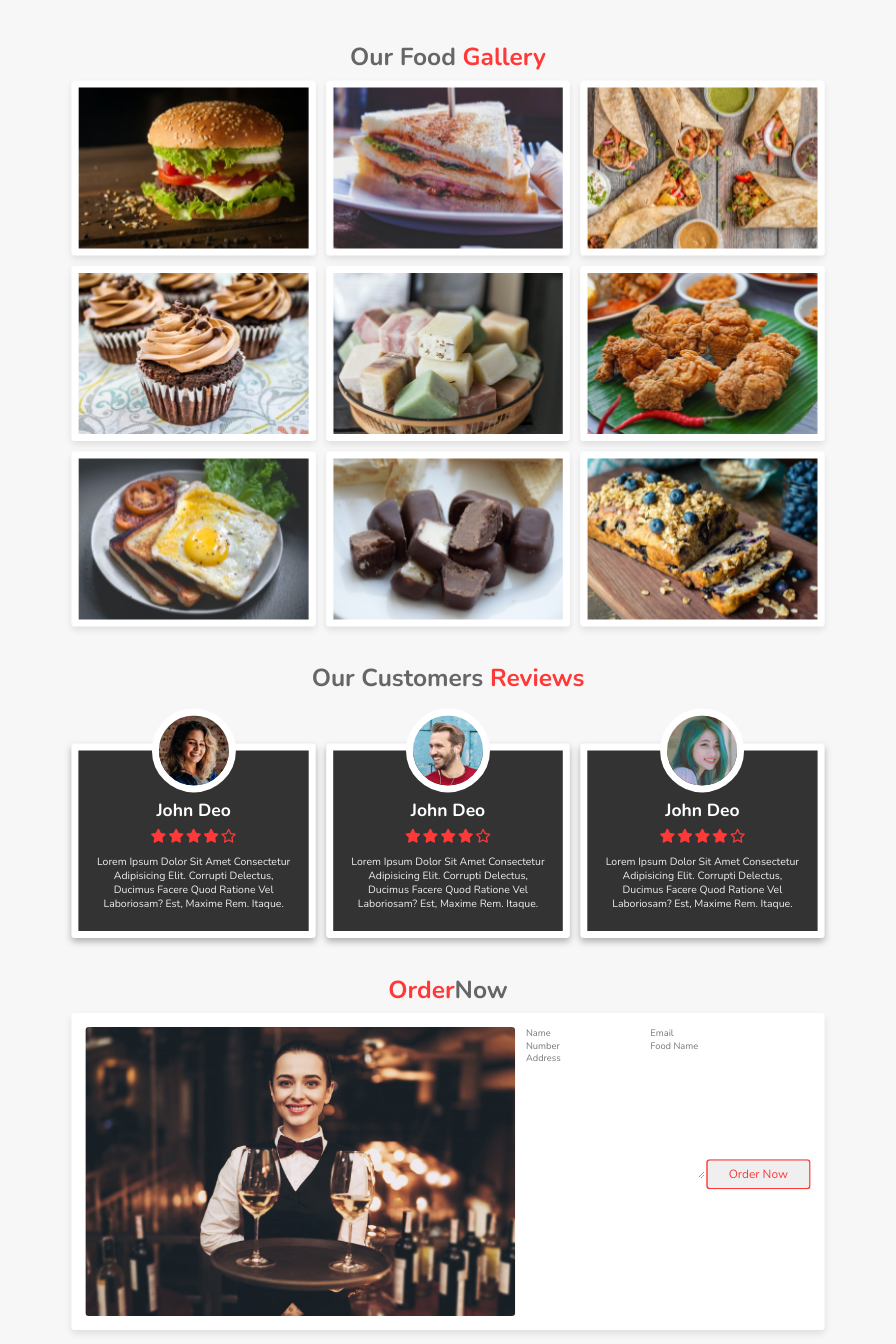
Repository: wenxi0504/ResturantApp-static-
Page: index.html
These files come from the project's save history. The page is drawn as it stood at one moment and after the next save; the edit follows.
The browser window is 1280 px wide. The pictures show the part of the page from y = 2750 to 4670 px (the page is 4670 px tall before and 4634 px after), at 70% of full size.

Above is the page before, as saved 2022-01-10 17:06:29.
Console error: TypeError: Cannot read properties of null (reading 'classList')

After the next save:
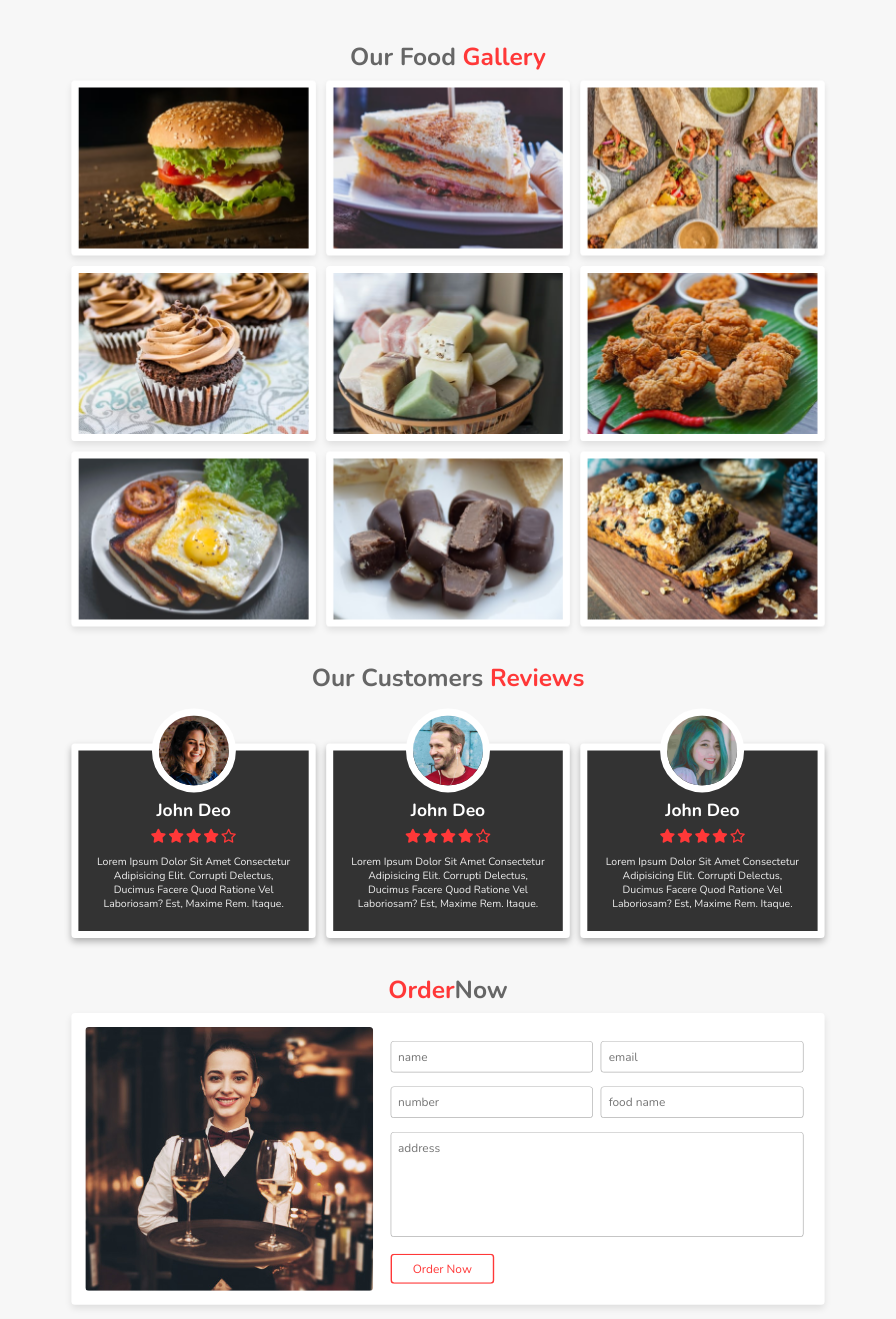
Saved 99 s later.
--- a/style.css
+++ b/style.css
@@ -427,7 +427,41 @@ color:#333;
   border-radius: .5rem;
 }
 
-
+.order .row form{
+  flex:1 1 50rem;
+  padding:1rem;
+}
+
+.order .row form .inputBox{
+  display: flex;
+  justify-content: space-between;
+  flex-wrap: wrap;
+}
+
+.order .row form .inputBox input, .order .row form textarea{
+  padding:1rem;
+  margin:1rem 0;
+  font-size: 1.7rem;
+  color:#333;
+  text-transform: none;
+  border:.1rem solid rgba(0,0,0,.3);
+  border-radius: .5rem;
+  width:49%;
+}
+
+.order .row form textarea{
+  width:100%;
+  resize: none;
+  height:15rem;
+}
+
+.order .row form .btn{
+  background:none;
+}
+
+.order .row form .btn:hover{
+  background:var(--red);
+}
 /* media queries for different devices */
 
 
